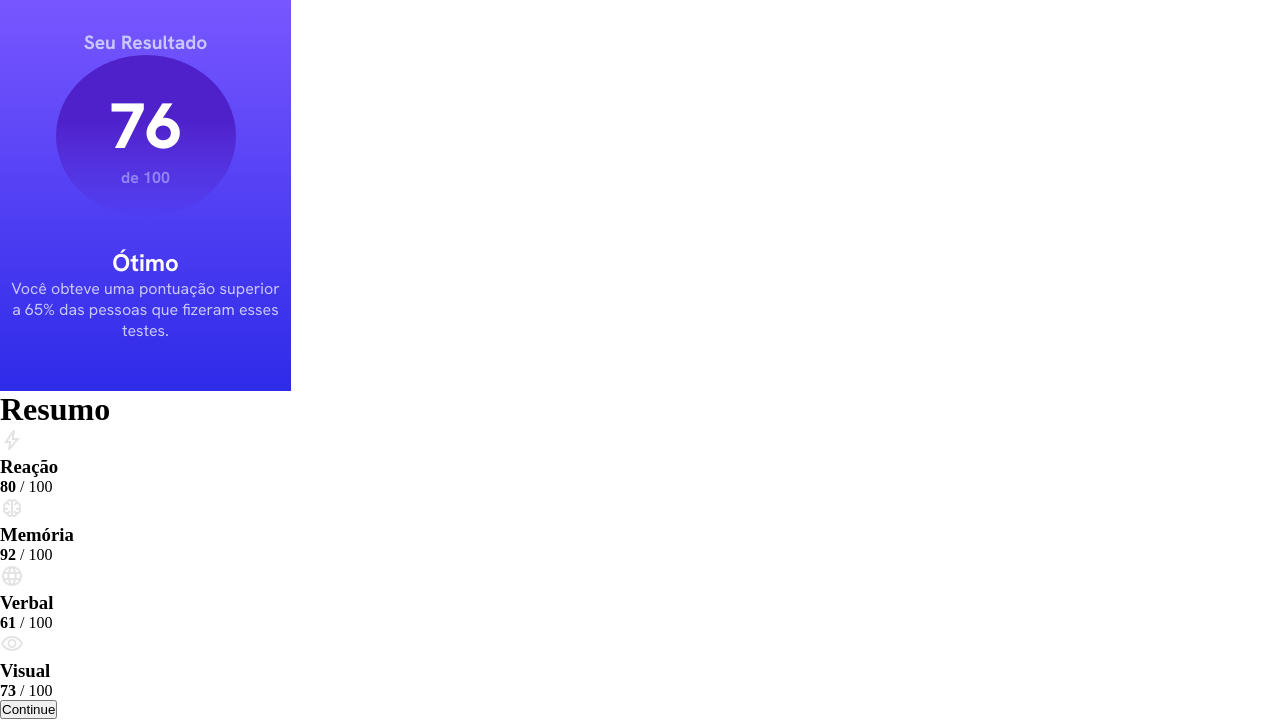
Repository: caique2512/resumo-de-resultados
Page: index.html
These files come from the project's save history. The page is drawn as it stood at one moment and after a run of saves; the edit follows.
The browser window is 1280 px wide. The pictures show the whole page.

Above is the page before, as saved 2026-03-09 17:02:48.

After the next 2 saves:
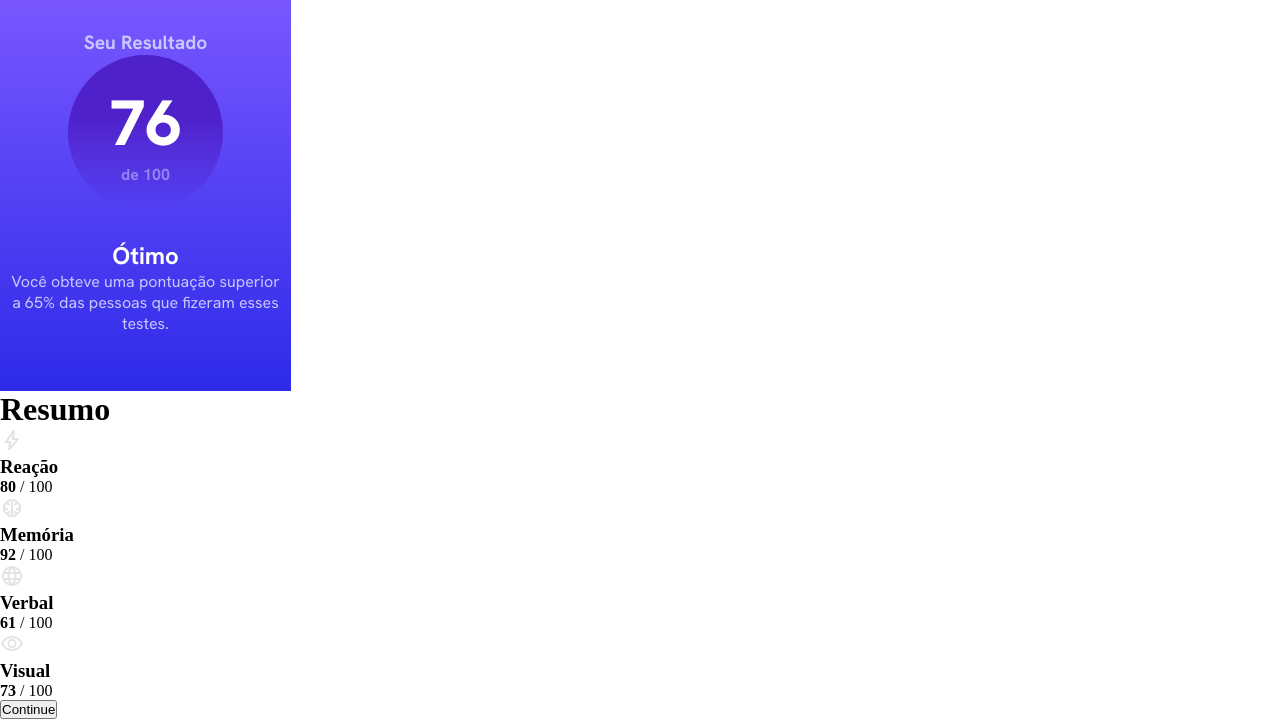
The 2 saves are shown as one change because they came seconds apart.
The last was saved 24 s later.
--- a/src/css/estilos.css
+++ b/src/css/estilos.css
@@ -19,8 +19,8 @@
 
 .circulo {
     background: linear-gradient(hsla(256, 72%, 46%, 1) 40%, hsla(241, 72%, 46%, 0));
-    width: 180px;
-    height: 180px;
+    width: 155px;
+    height: 155px;
     border-radius: 50%;
     display: flex;
     align-items: center;
